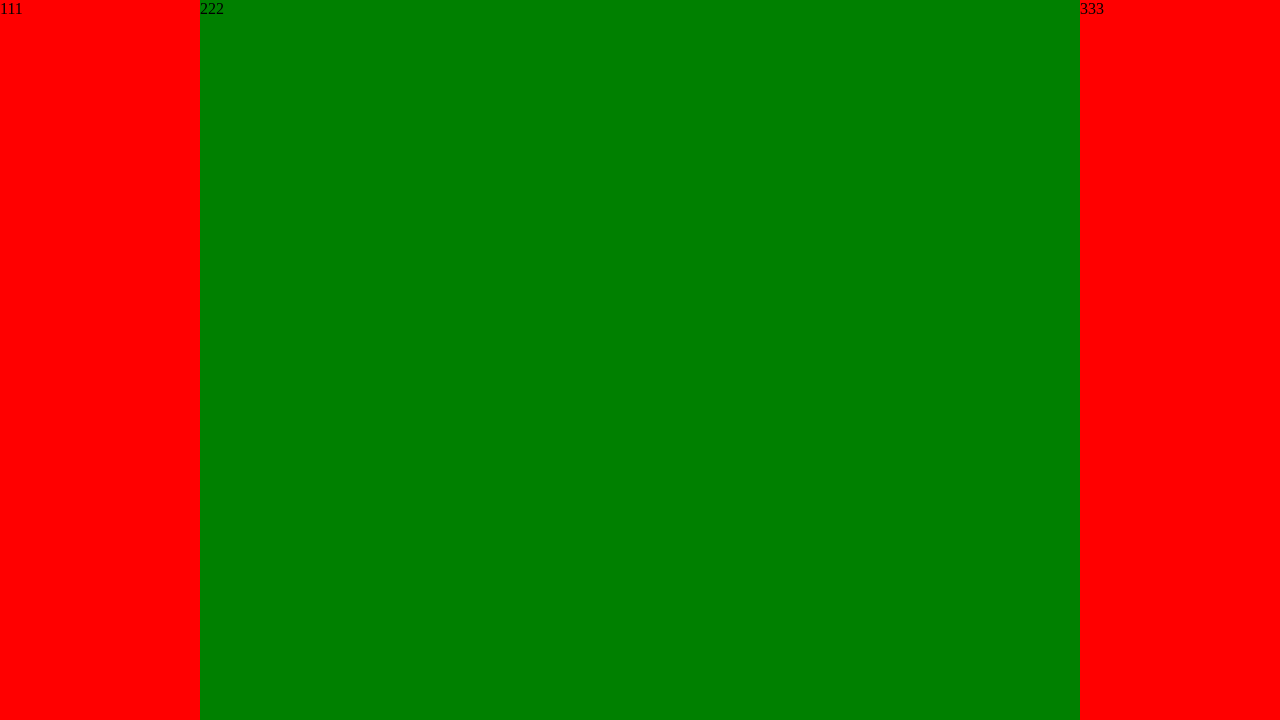
Repository: lihaitao123321/vue-demo-1
Page: /
The author's editor kept a copy of each file at every save. The page is drawn from the files as they stood at one save, then again after the next save.
The browser window is 1280 px wide. The pictures show the whole page.
The project was rebuilt for these pictures with package versions that can differ from the ones it lists, and the page was loaded fresh each time.

Above is the page before, as saved 2021-12-20 10:27:43.

### src/App.vue
<template>
  <div id="app">
    <div class="div1">
      111
    </div>
    <div class="div2">
      222
    </div>
    <div class="div3">
      333
    </div>
    <!-- <img alt="Vue logo" src="./assets/logo.png"> -->
    <!-- <HelloWorld msg="Welcome to Your Vue.js App" /> -->
  </div>
</template>

<script>
// import HelloWorld from './components/HelloWorld.vue'

export default {
  name: 'App',
  components: {
    // HelloWorld
  }
}
</script>

<style>
html,
body {
  margin: 0;
  padding: 0;
}
#app {
  background-color: gray;
  height: 100vh;
  display: flex;
  /*flex-direction: column;纵向排列 */
  /* align-items: center; */
  /* justify-content: center; */
}
.div1 {
  background-color: red;
  width: 200px;
}
.div2 {
  background-color: green;
  width: 0;
  flex-grow: 1;
}
.div3 {
  background-color: red;
  width: 200px;
}
</style>

Loaded but not shown: public/index.html (common file); src/main.js (common file)

After the next save:
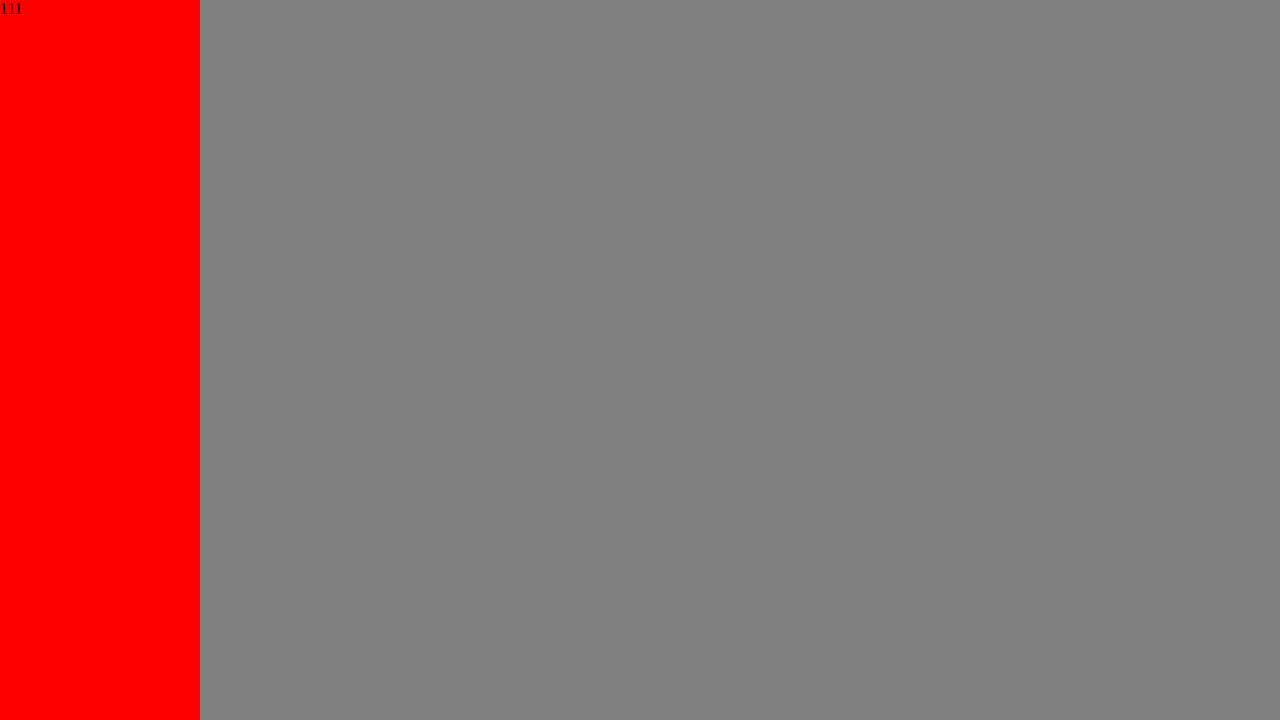
Saved 83 s later.
--- a/src/App.vue
+++ b/src/App.vue
@@ -3,12 +3,12 @@
     <div class="div1">
       111
     </div>
-    <div class="div2">
+    <!-- <div class="div2">
       222
     </div>
     <div class="div3">
       333
-    </div>
+    </div> -->
     <!-- <img alt="Vue logo" src="./assets/logo.png"> -->
     <!-- <HelloWorld msg="Welcome to Your Vue.js App" /> -->
   </div>
